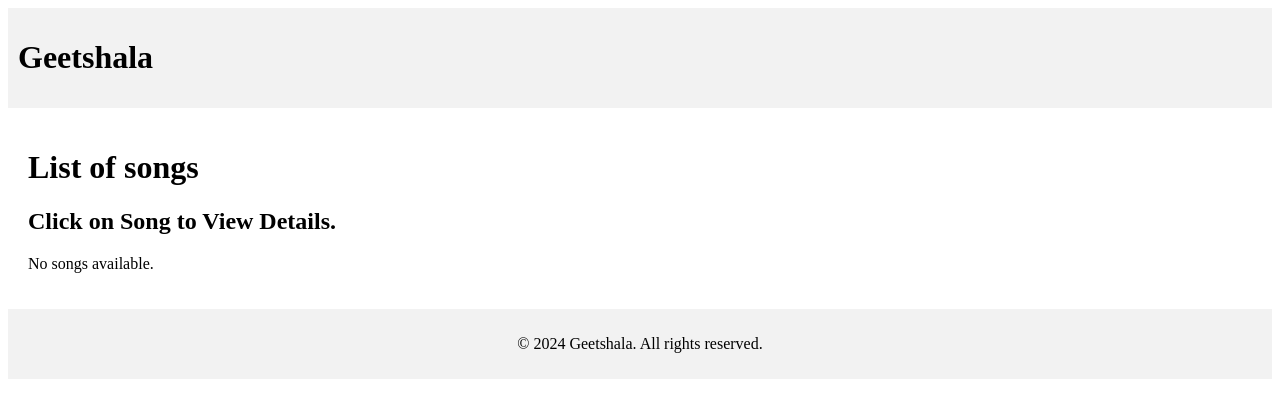
Repository: thagunnaharish1-netizen/GeetShala
Page: http://localhost/songs/
The author's editor kept a copy of each file at every save. The page is drawn from the files as they stood at one save, then again after the next save.
The browser window is 1280 px wide. The pictures show the whole page.
The page is served by the project's application, run on Django 5.2 (manage.py).

Above is the page before, as saved 2026-09-01 19:36:05.

After the next save:
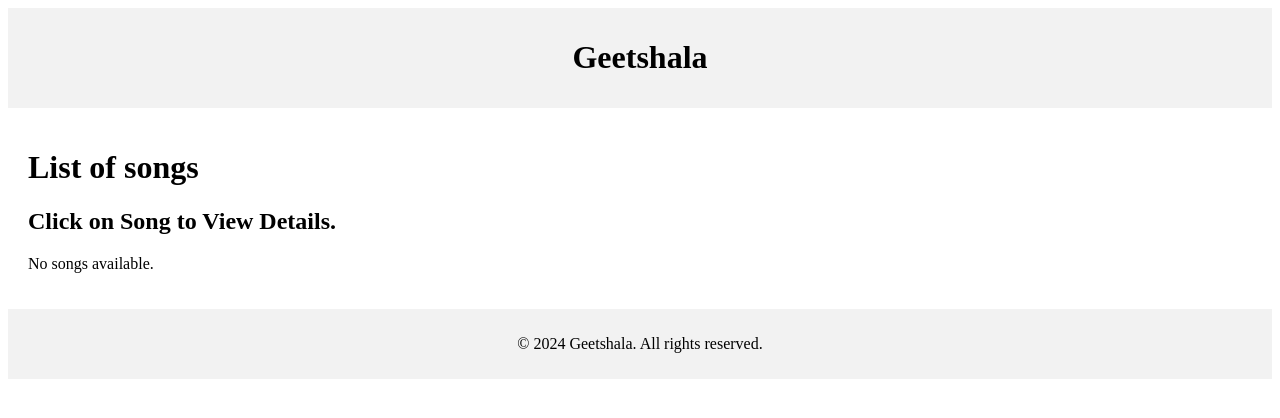
Saved 32 s later.
--- a/songs/templates/base.html
+++ b/songs/templates/base.html
@@ -7,7 +7,7 @@
 </head>
 <body>
     <header style="background-color: #f2f2f2; padding: 10px;">
-        <h1>Geetshala</h1>
+        <h1><center>Geetshala</center></h1>
     </header>
     <main style="padding: 20px;">
         {% block content %}{% endblock %}
